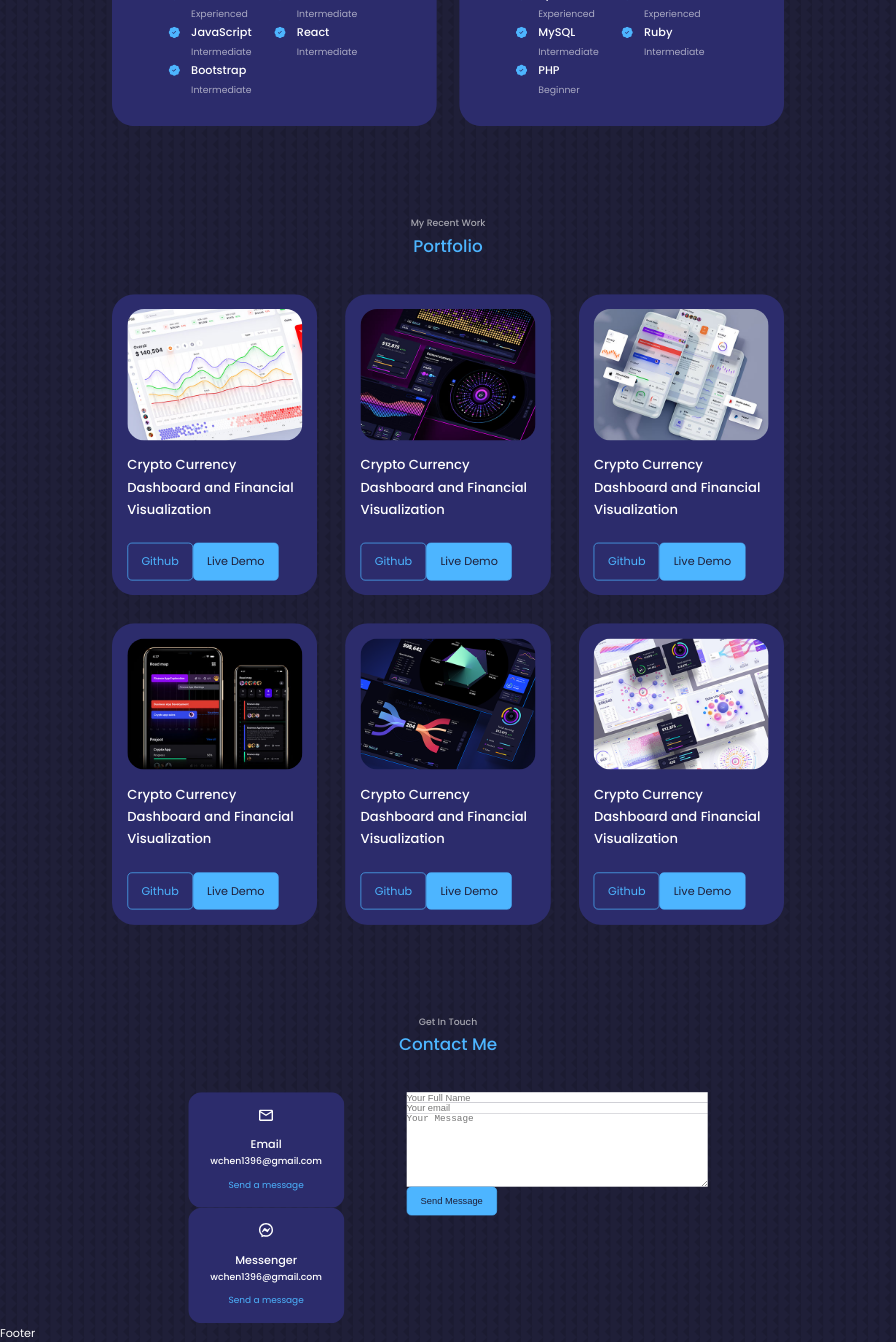
Repository: smallchungus/resumeWebsite
Page: / (app in hello/)
An editor plug-in stored every save of this project. The page is shown before and after the next save, followed by the edit.
The browser window is 1280 px wide. The pictures show the part of the page from y = 2026 to 3946 px (the page is 3943 px tall before and 3946 px after), at 70% of full size.
The project was rebuilt for these pictures with package versions that can differ from the ones it lists, and the page was loaded fresh each time. Also part of the build but not shown: hello/src/components/services/Services.jsx, hello/src/components/testimonial/Testimonial.jsx, hello/src/components/footer/footer.css. Imported but missing from the stored project, and not drawn on this page: hello/src/assets/cv.pdf.

Above is the page before, as saved 2023-03-24 13:28:00.

After the next save:
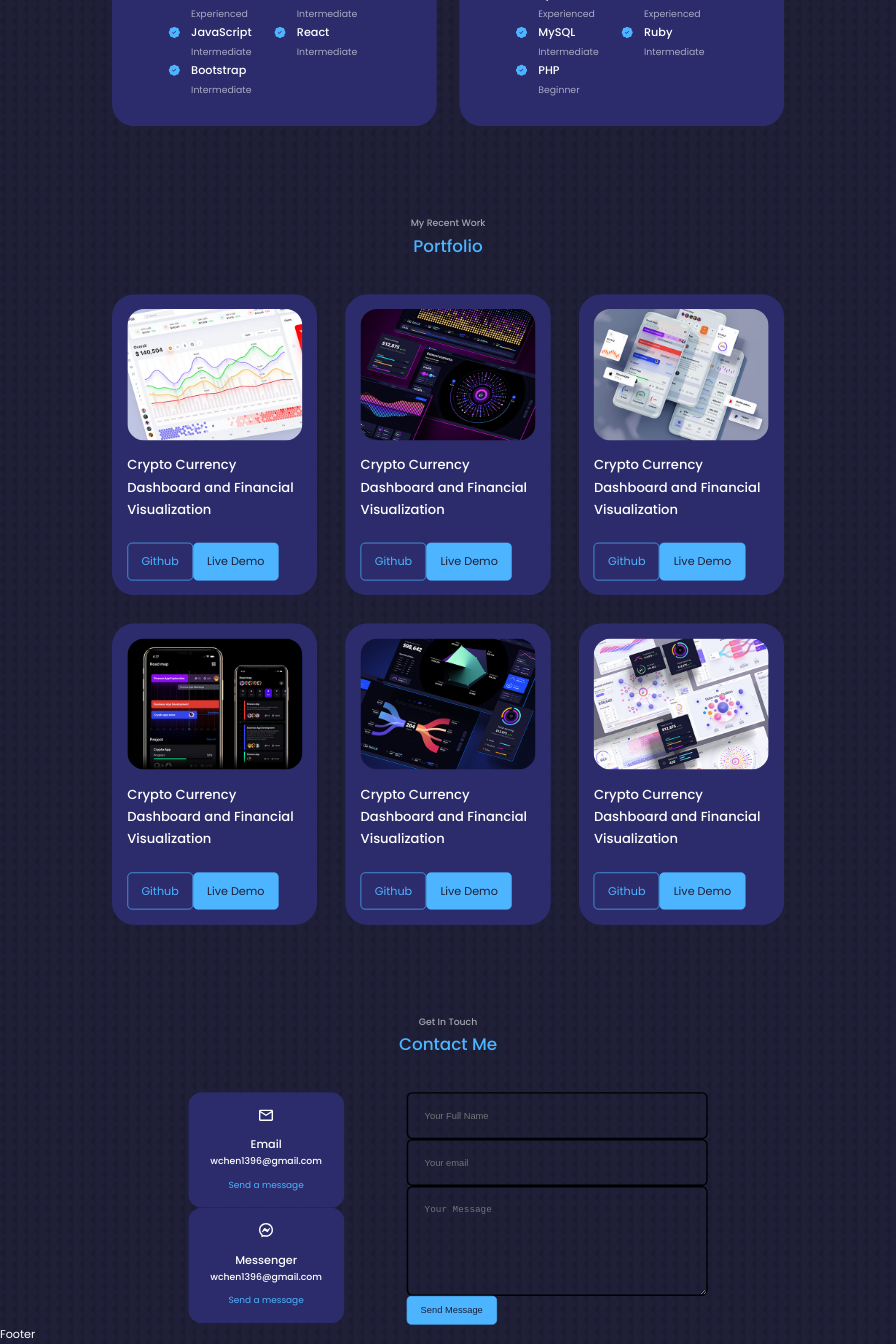
Saved 15 s later.
--- a/hello/src/components/contact/contact.css
+++ b/hello/src/components/contact/contact.css
@@ -44,5 +44,9 @@ form {
 }
 
 input, textarea {
-    width: 100%
+    width: 100%;
+    padding: 1.5rem;
+    border-radius: 0.5rem;
+    background: transparent;
+    border: 2px solid
 }
